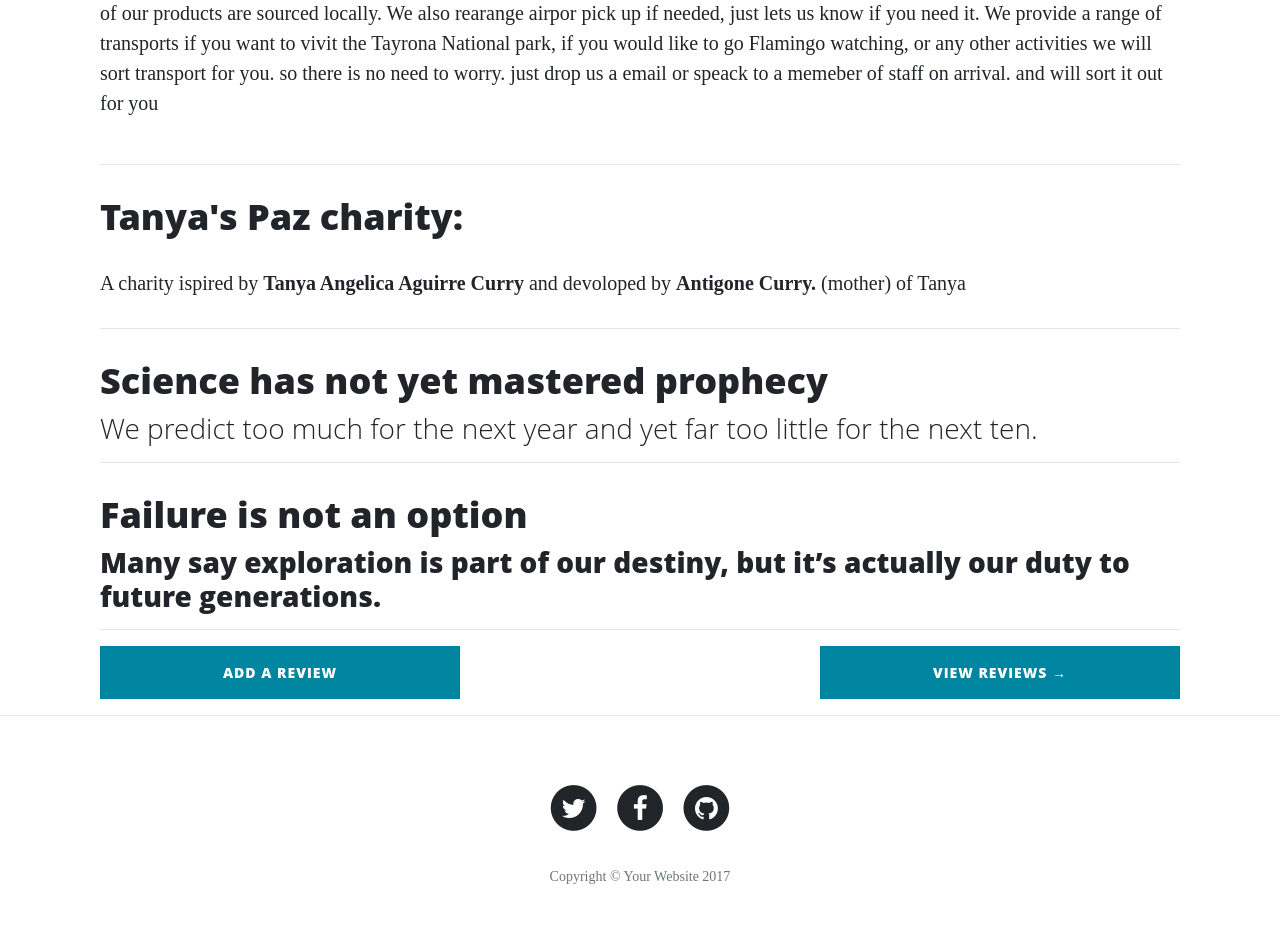
Repository: cachimiro/los-pochoclos
Page: http://localhost/
The author's editor kept a record of every edit. The page is drawn from the files as they stood at one moment, then again after the next edit.
The browser window is 1280 px wide. The pictures show the part of the page from y = 828 to 1780 px (the page is 1780 px tall before and 1759 px after).
The page is served by the project's application, run on Flask 3 (run.py).

Above is the page before.

After the next edit:
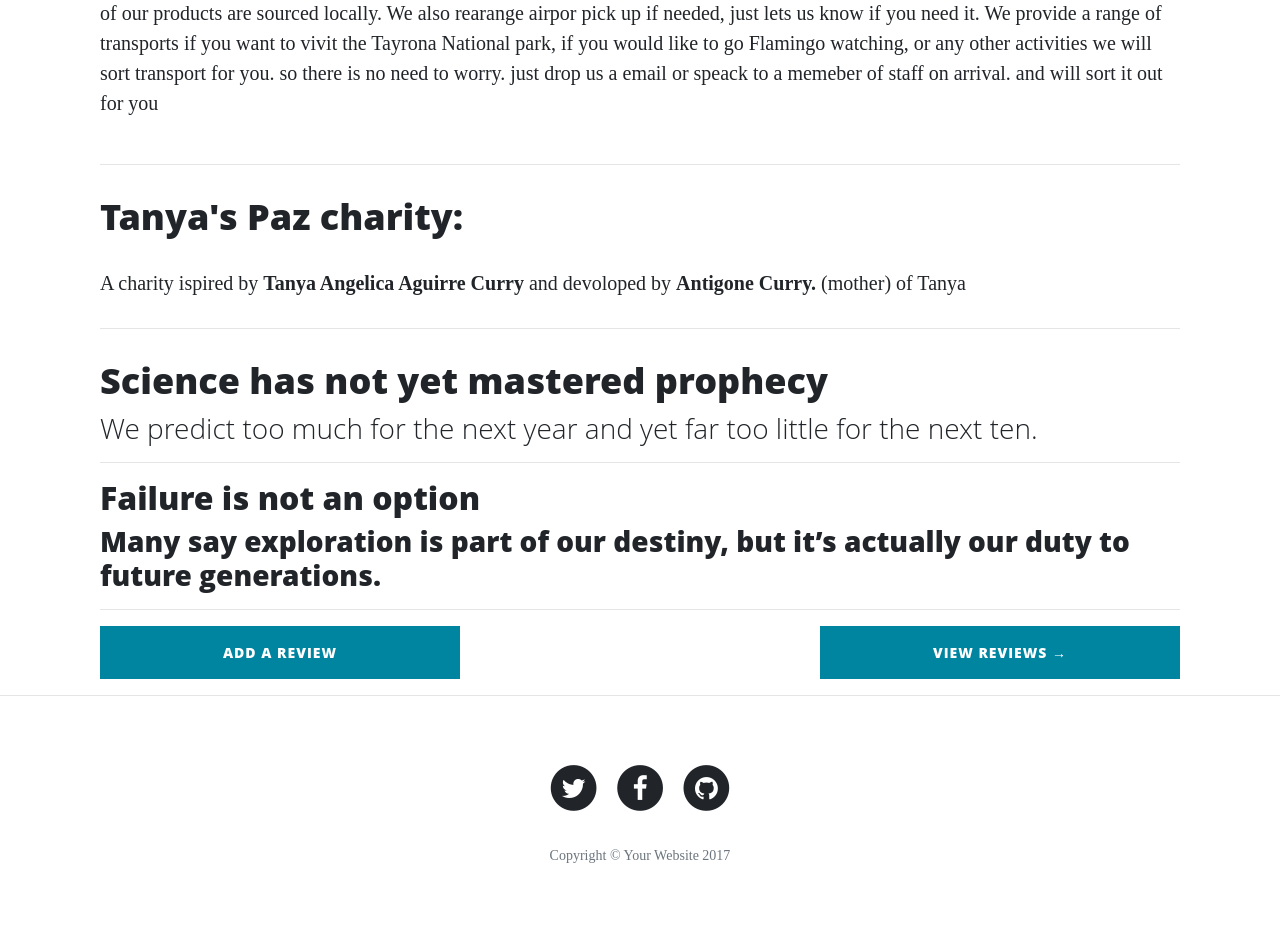
The edit:
--- a/templates/index.html
+++ b/templates/index.html
@@ -37,7 +37,7 @@
         <hr>
         <div class="post-preview">
             <a href="post.html">
-                <h2 class="post-title">
+                <h2 class="#">
                     Failure is not an option
                 </h2>
                 <h3 class="#">
